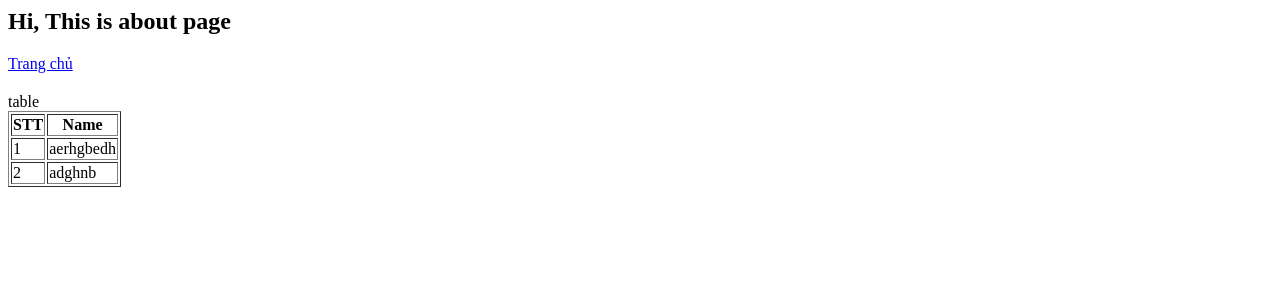
Repository: Tranghii/HTML-CSS
Page: HTML&CSS/about.html
An editor plug-in stored every save of this project. The page is shown before and after a run of saves, followed by the edit.
The browser window is 1280 px wide. The pictures show the whole page.

Above is the page before, as saved 2025-10-11 16:45:47.

### HTML&CSS/about.html
<h2>Hi, This is about page</h2>
<a href="index.html">Trang chủ</a>
<h2></h2>table
<table border="1">
    <thead>
        <tr>
            <th>STT</th>
            <th>Name</th>
        </tr>
    </thead>
    <tbody>
        <tr>
            <td>1</td>
            <td>aerhgbedh</td>
        </tr>
        <tr>
            <td>2</td>
            <td>adghnb</td>
        </tr>
    </tbody>
</table>

After the next 2 saves:
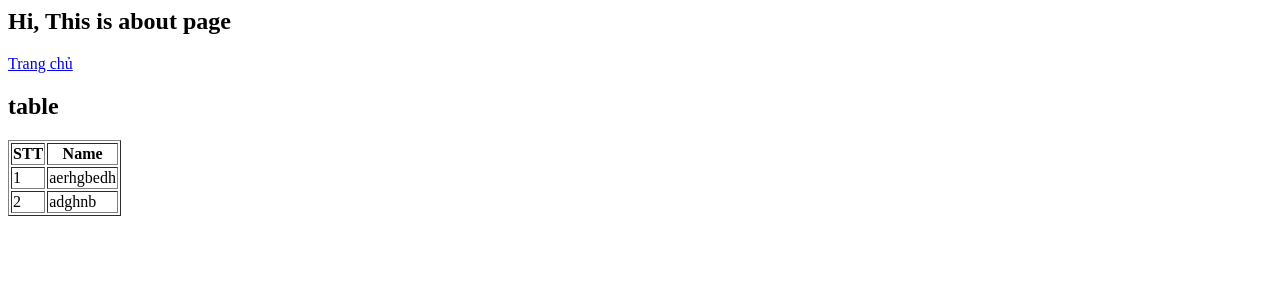
The 2 saves are shown as one change because they came seconds apart.
The last was saved 8 s later.
--- a/HTML&CSS/about.html
+++ b/HTML&CSS/about.html
@@ -1,6 +1,6 @@
 <h2>Hi, This is about page</h2>
 <a href="index.html">Trang chủ</a>
-<h2></h2>table
+<h2>table </h2>
 <table border="1">
     <thead>
         <tr>
